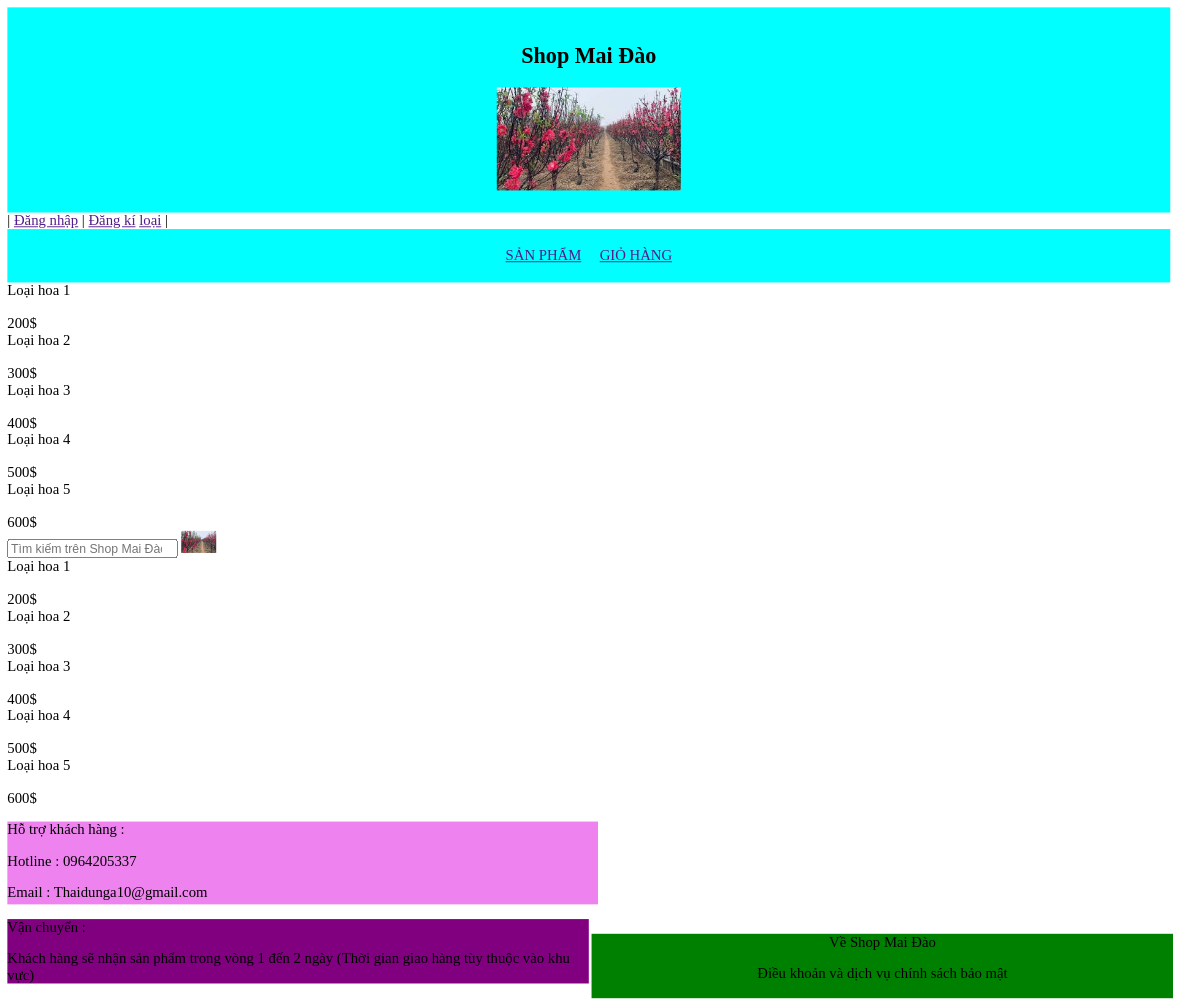
Repository: 08PS22617Dung/08-PS22617-D-ng
Page: agm2/ShopMaiDao.html
An editor plug-in stored every save of this project. The page is shown before and after the next save, followed by the edit.
The browser window is 1280 px wide. The pictures show the whole page, at 92% of full size.

Above is the page before, as saved 2022-02-14 08:49:05.
Not found: agm2/dangki.html
Not found: agm2/dangnhap.html

After the next save:
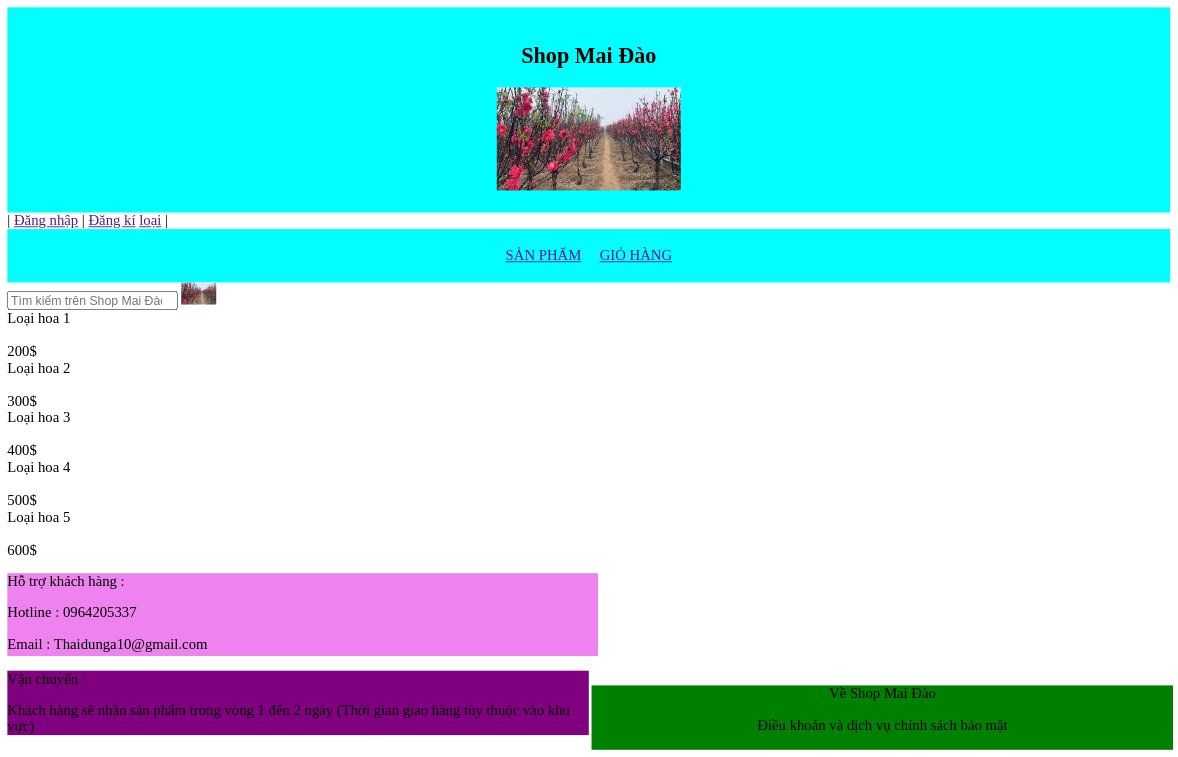
Saved 2 min 33 s later.
--- a/agm2/ShopMaiDao.html
+++ b/agm2/ShopMaiDao.html
@@ -27,43 +27,6 @@
                 <a href="">SẢN PHẨM</a>&emsp;
                 <a href="">GIỎ HÀNG</a>
             </nav>
-            <article>
-                <div class="box-26">
-                    <div class="Loại 1">
-                        <div class="Ten">Loại hoa 1</div>
-                        <img src="" alt="" />
-                        <div class="gia">200$</div>
-                    </div>
-                </div>
-                <div class="box-26">
-                    <div class="Loại 2">
-                        <div class="Ten">Loại hoa 2</div>
-                        <img src="" alt="" />
-                        <div class="gia">300$</div>
-                    </div>
-                </div>
-                <div class="box-26">
-                    <div class="Loại 3">
-                        <div class="Ten">Loại hoa 3</div>
-                        <img src="" alt="" />
-                        <div class="gia">400$</div>
-                    </div>
-                </div>
-                <div class="box-26">
-                    <div class="Loại 4">
-                        <div class="Ten">Loại hoa 4</div>
-                        <img src="" alt="" />
-                        <div class="gia">500$</div>
-                    </div>
-                </div>
-                <div class="box-26">
-                    <div class="Loại 5">
-                        <div class="Ten">Loại hoa 5</div>
-                        <img src="" alt="" />
-                        <div class="gia">600$</div>
-                    </div>
-                </div>
-            </article>
             <div class="searh-text">
                 <input type="search" name="Tìm kiếm" placeholder="Tìm kiếm trên Shop Mai Đào...">
 
